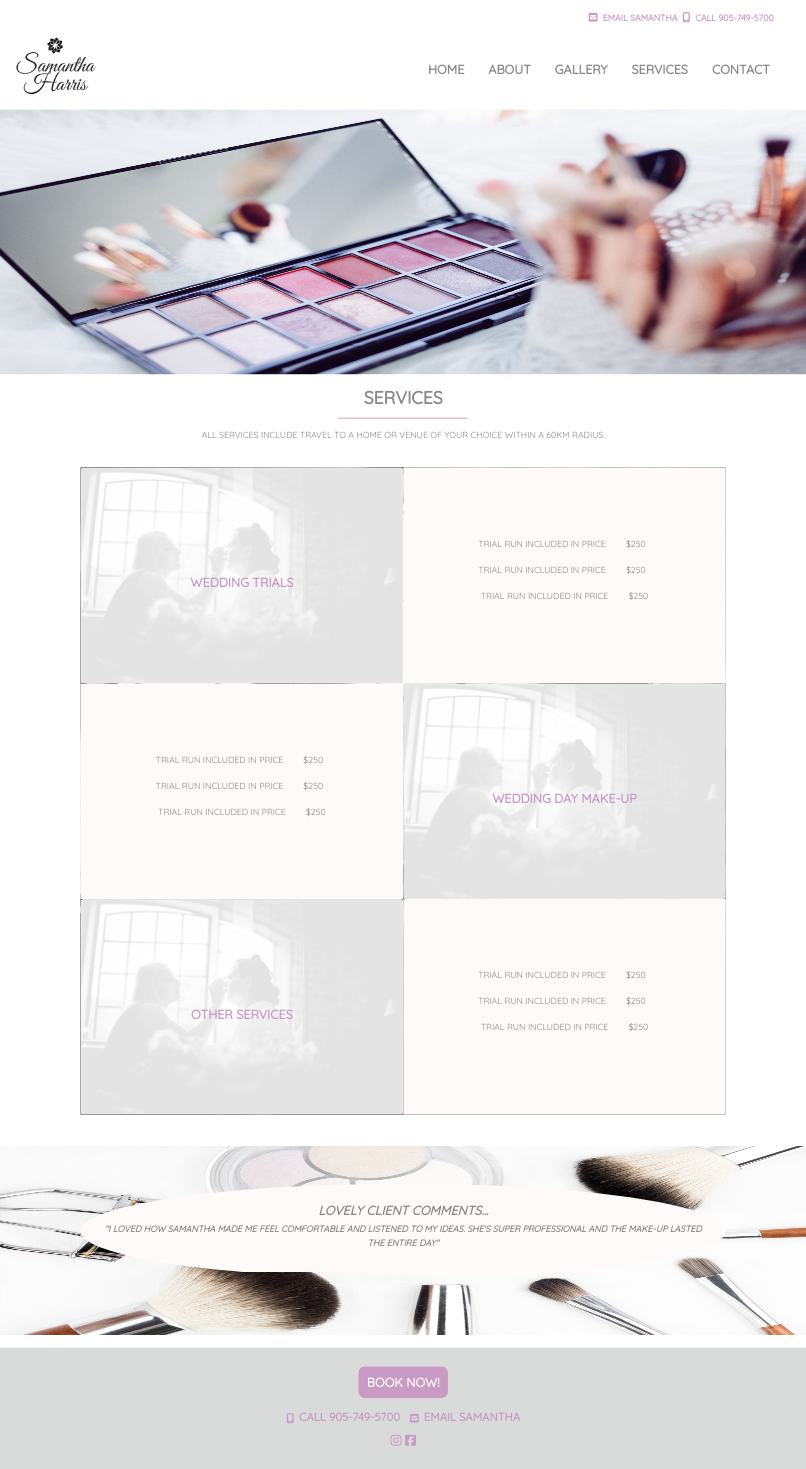
Repository: JayneyNix/milestone-1-UCFD
Page: services.html
The author's editor kept a record of every edit. The page is drawn from the files as they stood at one moment, then again after the next edit.
The browser window is 1280 px wide. The pictures show the whole page, at 63% of full size.
Some web libraries are served in a nearby version.

Above is the page before.

After the next edit:
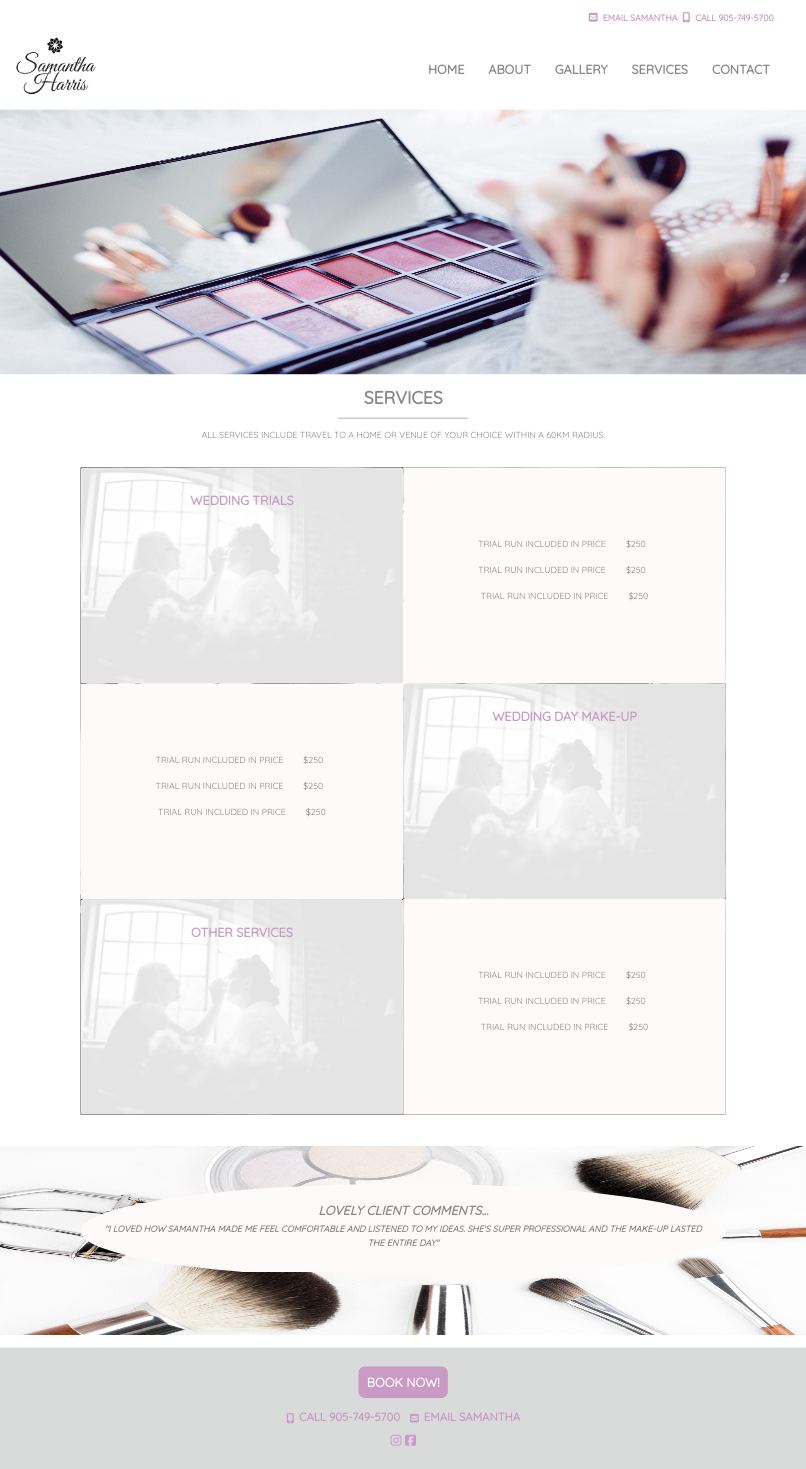
The edit:
--- a/Assets/style.css
+++ b/Assets/style.css
@@ -486,8 +486,7 @@
 .card-img-overlay .card-title {
     font-weight: bolder;
     color: #c99bc4;
-    margin-top: 150px;
-
+    margin-top: 20px;
 }
 
 .services-text {
